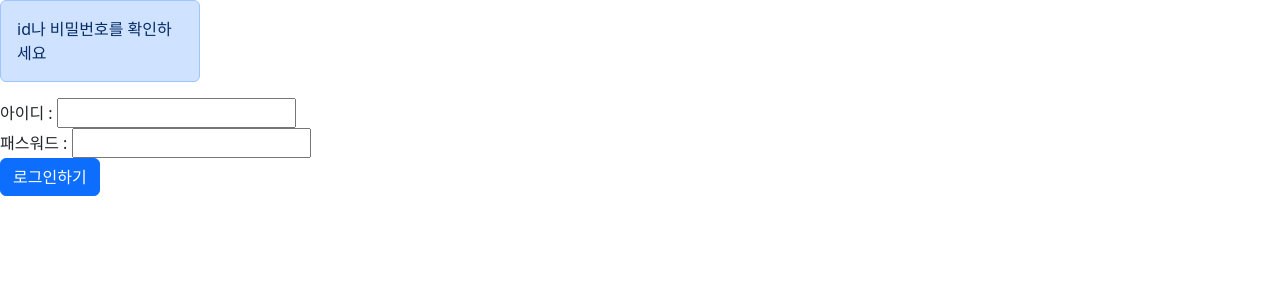
Repository: cheez0909/JSP
Page: http://localhost/1103/session/LoginProcess.jsp
These files come from the project's save history. The page is drawn as it stood at one moment and after the next save; the edit follows.
The browser window is 1280 px wide. The pictures show the whole page.
The page is served by Tomcat 9. Other server files are loaded and not shown. Queries for data that is not in the repository find no rows.

Above is the page before, as saved 2023-11-08 06:02:00.

### 1103/src/main/webapp/session/LoginProcess.jsp
<%@page import="com.momo.dto.memberDTO"%>
<%@page import="com.momo.dao.memberDAO"%>
<%@ page language="java" contentType="text/html; charset=UTF-8"
    pageEncoding="UTF-8"%>
<!DOCTYPE html>
<html>
<head>
<meta charset="UTF-8">
<title>Insert title here</title>
</head>
<body>
<%
	/*
		1. 사용자의 요청 파라메터 수집(id, pw)
		2. DB에 등록된 사용자인지 확인
			- user테이블 생성
			- 사용자 정보 등록
	*/
	String id = request.getParameter("user_id");
	String pw = request.getParameter("user_pw");

	memberDAO members = new memberDAO();
	memberDTO memberdto = members.login(id, pw);

	members.close();

	if(memberdto != null){
		// 로그인 성공 -> 메인 페이지
		// 세션에 저장
		session.setAttribute("memberDTO", memberdto);
		session.setAttribute("user_id", id);
		response.sendRedirect("loginMain.jsp");
	} else{
		// 로그인 페이지로 이동 후 메세지 출력
		request.getRequestDispatcher("loginForm.jsp?err=1").forward(request, response);
	}

%>


</body>
</html>

### 1103/src/main/webapp/session/loginForm.jsp
<%@ page language="java" contentType="text/html; charset=UTF-8"
    pageEncoding="UTF-8"%>
<!DOCTYPE html>
<html>
<head>
<meta charset="UTF-8">
<title>Insert title here</title>
 <link href="https://cdn.jsdelivr.net/npm/bootstrap@5.3.1/dist/css/bootstrap.min.css" rel="stylesheet" integrity="sha384-4bw+/aepP/YC94hEpVNVgiZdgIC5+VKNBQNGCHeKRQN+PtmoHDEXuppvnDJzQIu9" crossorigin="anonymous">
</head>
<style>
.alert{
	width : 200px;
}

</style>
<body>

<%
	String err = request.getParameter("err");

	if("1".equals(request.getParameter("err"))){%>
	<div class="alert alert-primary" role="alert">id나 비밀번호를 확인하세요</div>
	<%}
	if(err!=null){
		err = request.getParameter("err");
	}
%>
	<form action="LoginProcess.jsp" method="post" name="loginFrm"
        onsubmit="return validateForm(this);">
        아이디 : <input type="text" name="user_id" required="required"/><br />
        패스워드 : <input type="password" name="user_pw" required="required"/><br />
        <button type="submit" class="btn btn-primary" value="로그인하기">로그인하기</button>
    </form>
     <script src="https://cdn.jsdelivr.net/npm/bootstrap@5.3.1/dist/js/bootstrap.bundle.min.js" integrity="sha384-HwwvtgBNo3bZJJLYd8oVXjrBZt8cqVSpeBNS5n7C8IVInixGAoxmnlMuBnhbgrkm" crossorigin="anonymous"></script>
</body>
</html>

### 1103/src/main/java/com/momo/DBConnectionPool.java
package com.momo;

import java.sql.Connection;
import java.sql.PreparedStatement;
import java.sql.ResultSet;
import java.sql.SQLException;
import java.sql.Statement;

import javax.naming.Context;
import javax.naming.InitialContext;
import javax.naming.NamingException;
import javax.sql.DataSource;



public class DBConnectionPool {
	public Connection con;
	public Statement stmtl;
	public PreparedStatement pstmt;
	public ResultSet rs;


	public DBConnectionPool(){
		try {
			// JNDI를 통해 커넥션풀 얻어오기
			Context initContext = new InitialContext();
			Context envContext  = (Context)initContext.lookup("java:/comp/env");
			DataSource ds = (DataSource)envContext.lookup("jdbc/myoracle");

			// 커넥션풀을 통해 연결 객체 얻기
			con = ds.getConnection();

		} catch (NamingException e) {
			System.out.println("==================DBConnectionPool NamingException");
			e.printStackTrace();
		}	catch (SQLException e) {
			System.out.println("==================DBConnectionPool SQLException");
			e.printStackTrace();
		}
	}

	// 자원 반납
	public void close() {
		try {
		if(rs!=null) rs.close();
		if(pstmt!=null) pstmt.close();
		if(stmtl!=null) stmtl.close();
		if(con!=null) con.close();
		} catch(Exception e) {
			System.out.println("자원반납 중 예외가 발생하였습니다.");
			e.printStackTrace();
		}

	}

}

### 1103/src/main/java/com/momo/dao/memberDAO.java
package com.momo.dao;

import java.sql.SQLException;

import com.momo.DBConnectionPool;
import com.momo.dto.memberDTO;

public class memberDAO extends DBConnectionPool{

	//public memberDTO login(memberDTO member)
	public memberDTO login(String id, String pw) {
		try {
			memberDTO members = new memberDTO();


			String sql = "select *\r\n"
					+ "from member\r\n"
					+ "where id= ? and pass= ? ";

			pstmt = con.prepareStatement(sql);

			pstmt.setString(1, id);
			pstmt.setString(2, pw);

			rs = pstmt.executeQuery();

			//while(rs.next()) {
			//	for(int i=1; i<=rs.getMetaData().getColumnCount(); i++) {
			//		rs.getString(i);
			//	}
			//}

			if(rs.next()) {
				members.setId(rs.getString("ID"));
				members.setPass(rs.getString("PASS"));
				members.setName(rs.getString("NAME"));
				members.setRegidate(rs.getString("REGIDATE"));
				return members;
			} else {
				return null;
			}


		} catch (SQLException e) {
			e.printStackTrace();
			return null;
		}
	}
}

### 1103/src/main/java/com/momo/dto/memberDTO.java
package com.momo.dto;

public class memberDTO {

	public String id;
	public String pass;
	public String name;
	public String regidate;

	public String getId() {
		return id;
	}
	public void setId(String id) {
		this.id = id;
	}
	public String getPass() {
		return pass;
	}
	public void setPass(String pass) {
		this.pass = pass;
	}
	public String getName() {
		return name;
	}
	public void setName(String name) {
		this.name = name;
	}
	public String getRegidate() {
		return regidate;
	}
	public void setRegidate(String regidate) {
		this.regidate = regidate;
	}



}

After the next save:
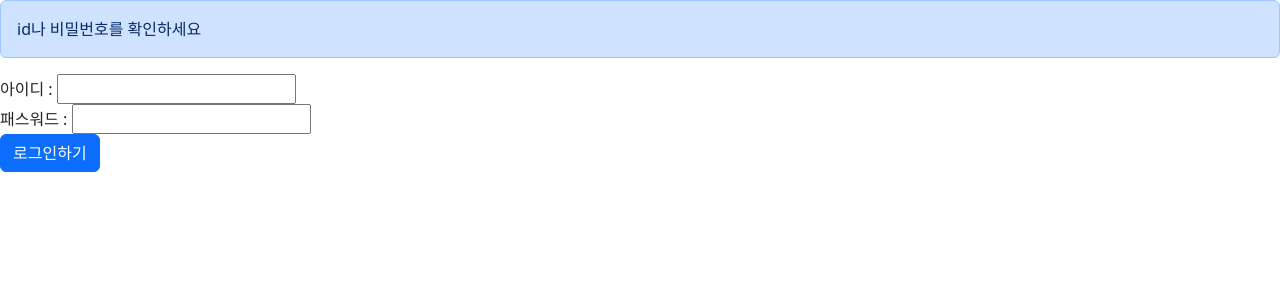
Saved 10 s later.
--- a/1103/src/main/webapp/session/loginForm.jsp
+++ b/1103/src/main/webapp/session/loginForm.jsp
@@ -9,7 +9,7 @@
 </head>
 <style>
 .alert{
-	width : 200px;
+	width : auto;
 }
 
 </style>
